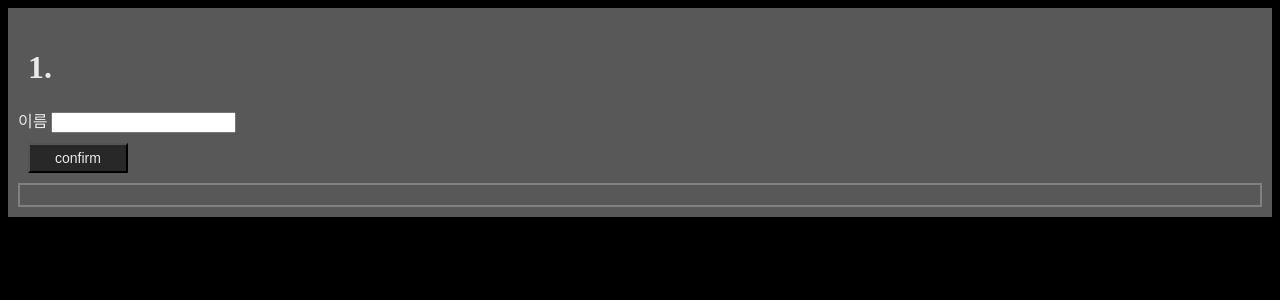
Repository: prawniel99/05_JQuery
Page: workspace/jqpro/WebContent/비동기4_XMLR_promise/postTest.html
These files come from the project's save history. The page is drawn as it stood at one moment and after the next save; the edit follows.
The browser window is 1280 px wide. The pictures show the whole page.

Above is the page before, as saved 2024-08-23 01:16:43.

After the next save:
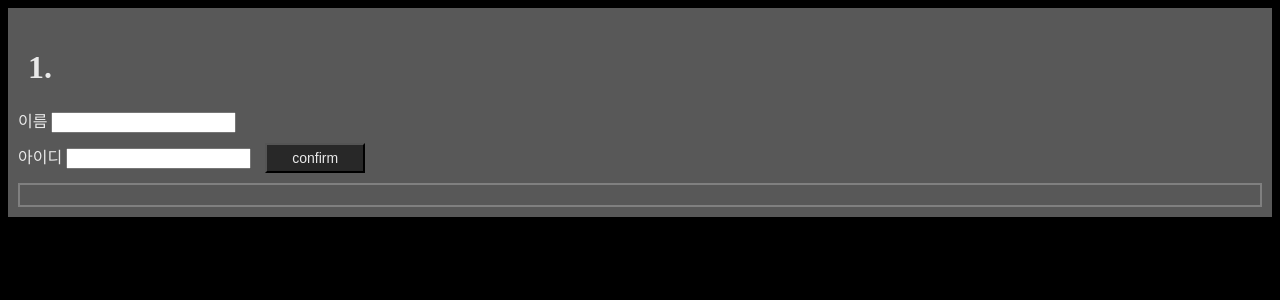
Saved 9 s later.
--- a/workspace/jqpro/WebContent/비동기4_XMLR_promise/postTest.html
+++ b/workspace/jqpro/WebContent/비동기4_XMLR_promise/postTest.html
@@ -14,6 +14,7 @@
 
         <form>
         	이름 <input type="text" name="name" id="name"><br>
+        	아이디 <input type="text"
         </form>
 
         <input type="button" value="confirm" onclick="proc1()">
